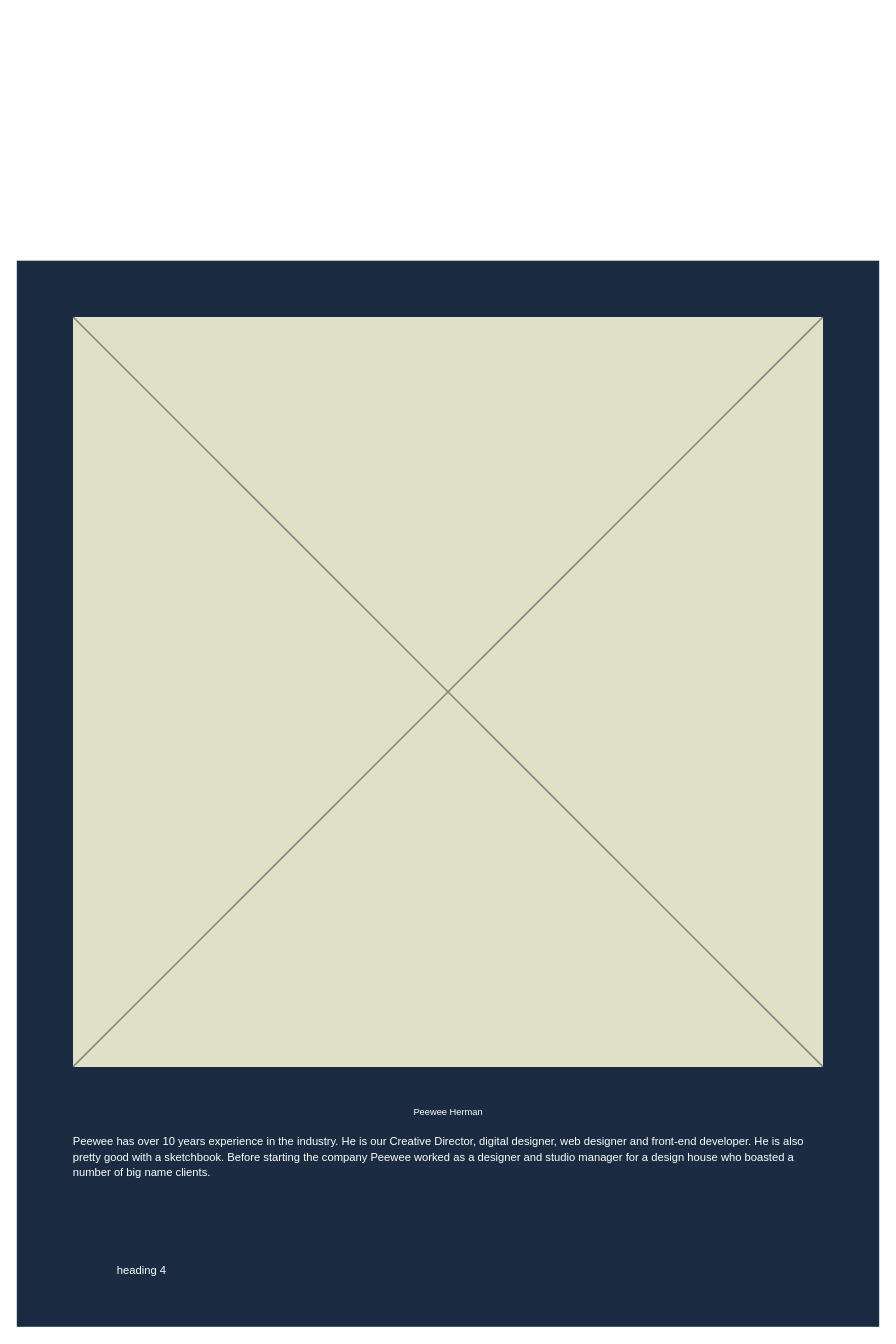
Repository: MonicaNguyenH/LAB-02A-Project1
Page: index.html
The author's editor kept a copy of each file at every save. The page is drawn from the files as they stood at one save, then again after the next save.
The browser window is 1280 px wide. The pictures show the part of the page from y = 1908 to 3828 px (the page is 3828 px tall before and 3086 px after), at 70% of full size.

Above is the page before, as saved 2024-02-06 18:37:15.

### index.html
<!doctype html>
<html class="no-js" lang="EN">

    <head>
        <meta charset="utf-8">
        <meta name="viewport" content="width=device-width, initial-scale=1">
        <title>Jumi - Tina - Monica  LAB-02A</title>
        <link rel="stylesheet" href="css/style.css">
        <meta name="description" content="">

        <meta property="og:title" content="">
        <meta property="og:type" content="">
        <meta property="og:url" content="">
        <meta property="og:image" content="">

        <link rel="icon" href="/favicon.ico" sizes="any">
        <link rel="icon" href="/icon.svg" type="image/svg+xml">
        <link rel="apple-touch-icon" href="icon.png">

        <link rel="manifest" href="site.webmanifest">
        <meta name="theme-color" content="#fafafa">
    </head>
    <body>
            <div className="row">
                <header class="headerContainer">
                    <div class="navigationBar">
                        <div class="logo"></div>
                        <div class="menuContainer">
                            <div class="menuComponent"></div>
                            <div class="menuComponent"></div>
                            <div class="menuComponent"></div>
                            <div class="menuComponent"></div>
                            <div class="menuComponent"></div>
                    </div>
                    <div class="carouselContainer"></div>
            </header>
            <main class="mainContainer">
                <div class="headingContainer">
                    <h1 class="headingOne">heading 1</h1>
                </div>
                <!--can be called serviceContainer-->
                <div class="infoContainer">
                    <div class="infoTitle">
                        <h2 class="headingTwo">heading 2</h2> <!--section intro heading-->
                        <h4 class="headingFour">heading 4</h4> <!--section intro subheading-->
                    </div>
                    <!--can be called sectionItem-->
                    <div class="infoBox"></div>
                    <div class="infoBox"></div>
                    <div class="infoBox"></div>
                    <div class="infoBox"></div>
                </div>
                <div class="imageContainer">
                    <div class="imageTitle">
                        <h2 class="headingTwo">heading 2</h2>
                        <h4 class="headingFour">heading 4</h4>
                    </div>
                    <div class="imageBox"></div>
                    <div class="imageBox"></div>
                    <div class="imageBox"></div>
                </div>
                <div class="projectContainer">
                    <div class="projectTitle">
                        <h2 class="headingTwo">heading 2</h2>
                        <h4 class="headingFour">heading 4</h4>
                    </div>
                    <div class="projectBox"></div>
                    <div class="projectBox"></div>
                    <div class="projectBox"></div>
                    <div class="projectBox"></div>
                    <div class="projectBox"></div>
                </div>
                <div class="accordionContainer">
                    <div class="accordionTitle">
                        <h2 class="headingTwo">heading 2</h2>
                        <h4 class="headingFour">heading 4</h4>
                    </div>
                    <div class="accordionMenu"></div>
                    <div class="accordionTab"></div>
                </div>
                <div class="sponsorshipContainer ">
                    <div class="sponsor"></div>
                    <div class="sponsor"></div>
                    <div class="sponsor"></div>
                    <div class="sponsor"></div>
                    <div class="sponsor"></div>
                </div>
            </main>
            <footer class="footerContainer">
                <div class="row s-col-1 m-col-2 l-col-4">
                    <div class="col row-span">
                        <div class="grid s-col-2 m-col-2-1 l-col-2-1">
                            <div class="col">
                                <img src="img/placeholder.svg" alt="placeholder image"/>
                            </div>
                            <div class="col">
                                <h5 class="headingFive">Peewee Herman</h5>
                                <p>Peewee has over 10 years experience in the industry. He is our Creative Director, digital designer, web designer and front-end developer. He is also pretty good with a sketchbook. Before starting the company Peewee worked as a designer and studio manager for a design house who boasted a number of big name clients.</p>
                            </div>
                        </div>
                    </div>
                    <div class="footerBox">
                        <h4 class="headingFour">heading 4</h4>
                    </div>
                    <div class="footerBox"></div>
                    <div class="footerBox"></div>
                    <div class="footerBox"></div>
                </div>
            </footer>
        </div>
    </body>


</html>

<!--
    - BEM
    - use instead of articleContainer - article
    - aricleItem
    - carouselSlide
    - never number stuff
    - naming convention is to reuse them as much as possible
    - dry - dont repeat yourself
    - avoid using straight width - height

-->

### css/style.css
:root {
    font-size: 1em;
    line-height: 1.4;
    color: var(--black);
    font-family: Helvetica, sans-serif;

    --dark-blue: #1B2C42;
    --white: #fff;
    --black: black;
    --blue: #56CBF9;
    --green: #ACECA1;
    --yellow: #F5D491;
    --pink: #F17EA6;
 }

audio,
canvas,
iframe,
img,
svg,
video {
    vertical-align: middle;
}

fieldset {
    border: 0;
    margin: 0;
    padding: 0;
}

textarea {
    resize: vertical;
}

img {
    width: 100%;
}

h1,
h2,
h3,
h4,
h5,
h6 {
    font-family: Arial, Helvetica, sans-serif;
    font-weight: 300;
    text-align: center;
}

p {
    font-family: Arial, Helvetica, sans-serif;
}

div,
main,
section,
footer,
header {
    min-height: 1rem;
    padding: 1rem;
}

/**core layout**/
.row {
    display: grid;
    row-gap: 1rem;
    margin: auto;
}

.col {
    position: relative;
}

/********************STYLING********************/
.footerContainer {
    background-color: var(--dark-blue);
    color: var(--white);
}

.row-span {
    grid-column-start: 1;
    grid-column-end: -1;
}

.row-span .grid {
    display: grid;
    grid-template-columns: 1fr; /* Make it a single column to span */
    column-gap: 1.5rem; /* Adjust the gap as needed */
}


/* Small only */
@media screen and (max-width: 39.9375em) {
    .row {
        max-width: 50rem;
        column-gap: 1.5rem;
        row-gap: 1.5rem;
        margin: 0 auto;
    }

    .grid {
        display: grid;
        column-gap: 0.5rem;
        row-gap: 0.5rem;
    }

    .s-col-1 {
        grid-template-columns: 1fr;
    }

    .s-col-2 {
        grid-template-columns: 1fr 1fr;
    }

    .col-2 {
        grid-template-columns: 1fr 1fr;
    }
}
/* Medium and up */
@media screen and (min-width: 40em) {
    .m-col-2 {
        grid-template-columns: 1fr 1fr;
    }

    .m-col-2-1 {
        grid-template-columns: 0.5fr 1fr;
    }
}
/* Medium only */
@media screen and (min-width: 40em) and
(max-width: 63.9375em) {}
/* Large and up */
@media screen and (min-width: 64em) {
    .l-col-4 {
        grid-template-columns: repeat(4, 1fr);
    }

    .l-col-2-1 {
        grid-template-columns: 0.5fr 1fr;
    }
}
/* Large only */
@media screen and (min-width: 64em) and
(max-width: 74.9375em) {}

After the next save:
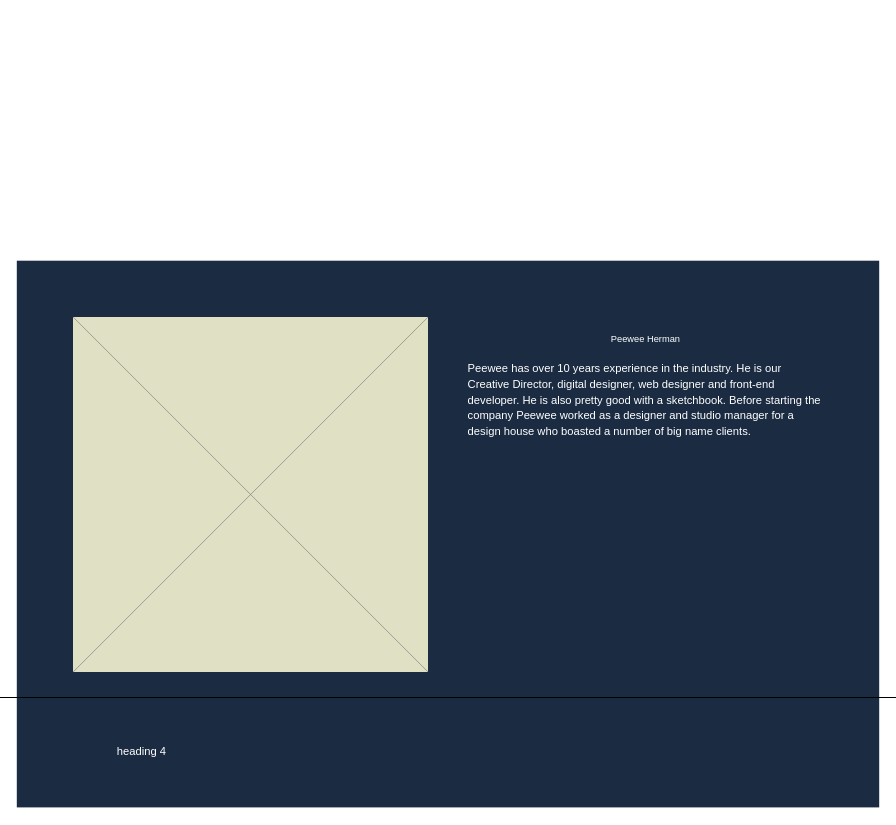
Saved 39 s later.
--- a/css/style.css
+++ b/css/style.css
@@ -118,7 +118,7 @@
 }
 /* Medium and up */
 @media screen and (min-width: 40em) {
-    .m-col-2 {
+    .m-col-2 .row-span .grid {
         grid-template-columns: 1fr 1fr;
     }
 

After the 2 saves that followed:
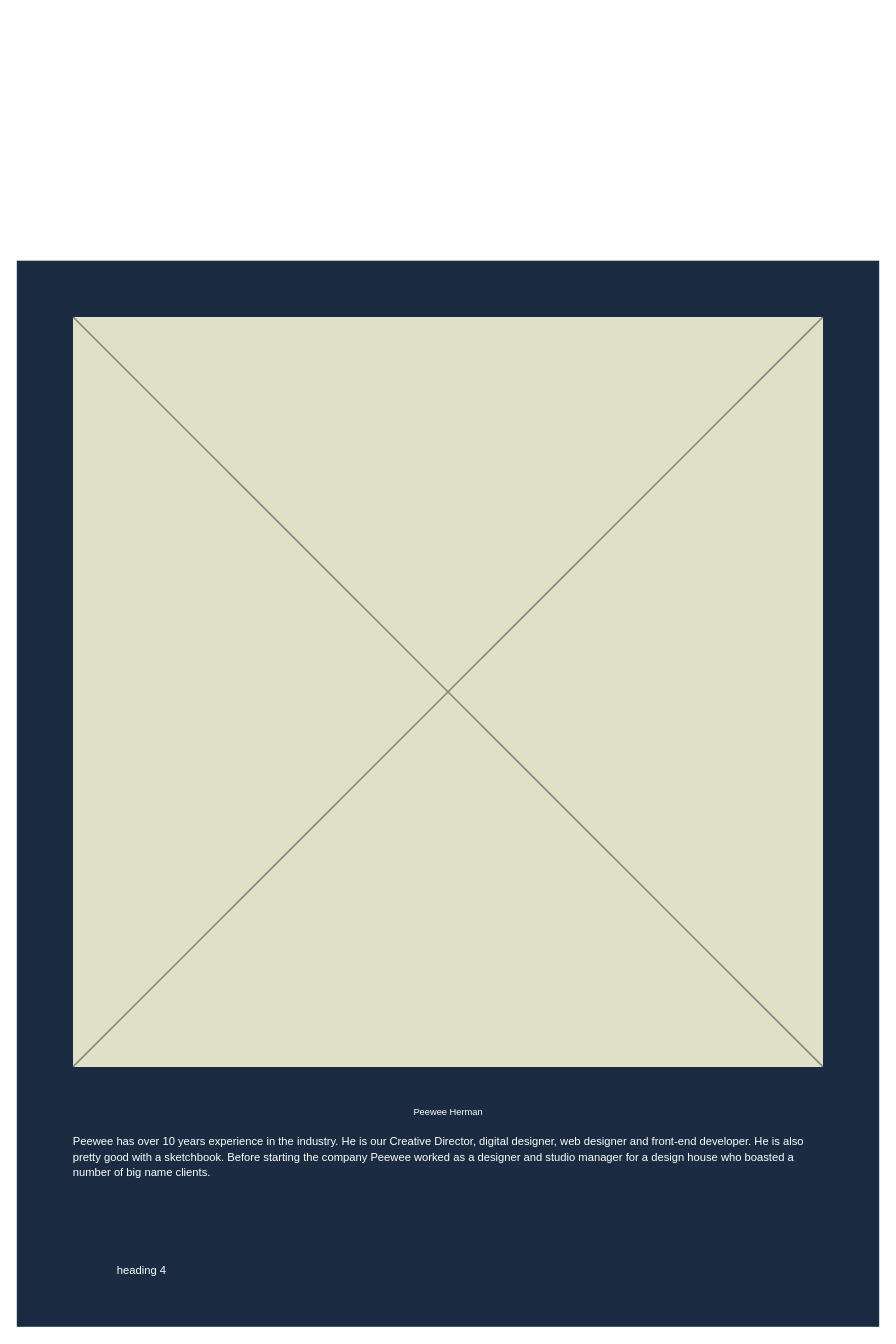
The 2 saves are shown as one change because 1 left the picture as it was.
The last was saved 77 s later.
--- a/css/style.css
+++ b/css/style.css
@@ -118,11 +118,11 @@
 }
 /* Medium and up */
 @media screen and (min-width: 40em) {
-    .m-col-2 .row-span .grid {
+    .m-col-2 {
         grid-template-columns: 1fr 1fr;
     }
 
-    .m-col-2-1 {
+    .m-col-2-1 .row-span .grid {
         grid-template-columns: 0.5fr 1fr;
     }
 }
